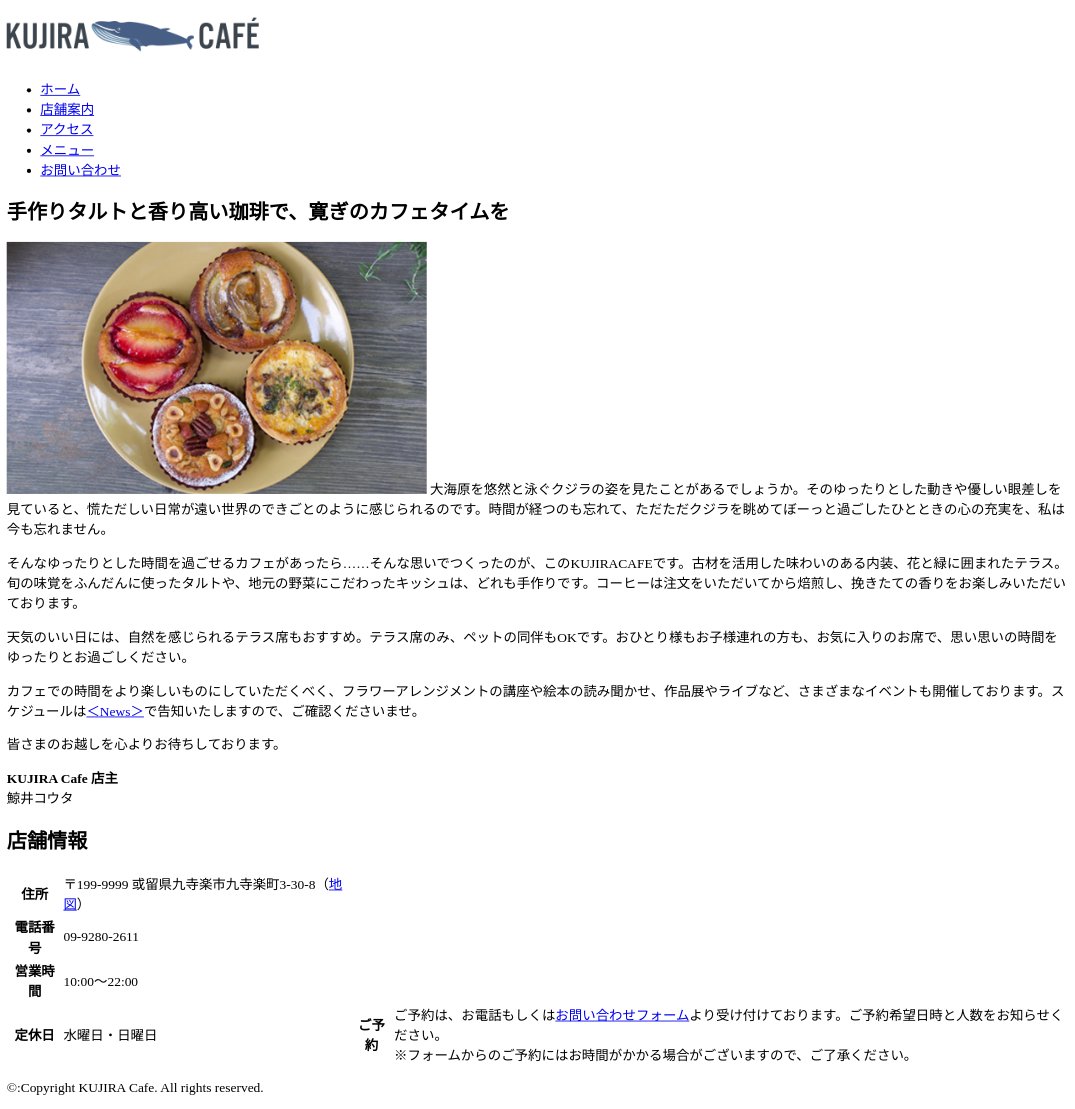
Repository: U-dias/work3
Page: cafe/about.html
The author's editor kept a record of every edit. The page is drawn from the files as they stood at one moment, then again after the next edit.
The browser window is 1280 px wide. The pictures show the whole page, at 84% of full size.

Above is the page before.

### cafe/about.html
<!doctype html>
<html>
  <head>
  <meta charset="utf-8">
  <title>KUJIRA Cafeについて | KUJIRA Cafe</title>
  </head>
  <body>
    <div class="wrapper">
      <!--ヘッダー-->
        <header class="hearder">
          <h1 class="logo"> <a href="index.html"><img src="images/logo.png" alt="KUJIRA Cafe"></a></h1>
          <nav class="nav">
              <ul>
                <li><a href="index.html">ホーム</a></li>
                <li><a href="about.html">店舗案内</a></li>
                <li><a href="access,html">アクセス</a></li>
                <li><a href="menu.html">メニュー</a></li>
                <li><a href="contact.html">お問い合わせ</a></li>

              </ul>
          </nav>
        </header>
        <!--ヘッダーここまで-->
        <!--メイン-->

        <main>
          <h2>手作りタルトと香り高い珈琲で、寛ぎのカフェタイムを</h2>
          <p><img src="images/about-photo.jpg" alt="タルトの写真">
          大海原を悠然と泳ぐクジラの姿を見たことがあるでしょうか。そのゆったりとした動きや優しい眼差しを見ていると、慌ただしい日常が遠い世界のできごとのように感じられるのです。時間が経つのも忘れて、ただただクジラを眺めてぼーっと過ごしたひとときの心の充実を、私は今も忘れません。</p>
          <p>
            そんなゆったりとした時間を過ごせるカフェがあったら……そんな思いでつくったのが、このKUJIRACAFEです。古材を活用した味わいのある内装、花と緑に囲まれたテラス。旬の味覚をふんだんに使ったタルトや、地元の野菜にこだわったキッシュは、どれも手作りです。コーヒーは注文をいただいてから焙煎し、挽きたての香りをお楽しみいただいております。</p>
          <p>天気のいい日には、自然を感じられるテラス席もおすすめ。テラス席のみ、ペットの同伴もOKです。おひとり様もお子様連れの方も、お気に入りのお席で、思い思いの時間をゆったりとお過ごしください。</p>
          <p>カフェでの時間をより楽しいものにしていただくべく、フラワーアレンジメントの講座や絵本の読み聞かせ、作品展やライブなど、さまざまなイベントも開催しております。スケジュールは<a href="index.html#news">＜News＞</a>で告知いたしますので、ご確認くださいませ。</p>
          <p>皆さまのお越しを心よりお待ちしております。</p>

          <p><strong>KUJIRA Cafe 店主</strong><br>
          鯨井コウタ</p>


          <h2>店舗情報</h2>
          <table>
            <tr>
              <th>住所</th>
              <td>〒199-9999 或留県九寺楽市九寺楽町3-30-8（<a href="access.html">地図</a>）</td>

            </tr>
            <tr>
            <th>電話番号</th>
            <td>09-9280-2611</td></tr>

            <tr>
            <th>営業時間</th>
            <td>10:00～22:00</td></tr>

            <tr>
            <th>定休日</th>
            <td>水曜日・日曜日</td>

            <th>ご予約</th>
            <td>ご予約は、お電話もしくは<a href="contact.html">お問い合わせフォーム</a>より受け付けております。ご予約希望日時と人数をお知らせください。<br>
            ※フォームからのご予約にはお時間がかかる場合がございますので、ご了承ください。</td>
            </tr>

          </table>

      </main>
      <!--メインここまで-->
      <!--フッター-->
      <footer class="footer">
        <p>&copy:Copyright KUJIRA Cafe. All rights reserved.</p>
      </footer>
      <!--フッターここまで-->
</div>
  </p>
  </body>
</html>

After the next edit:
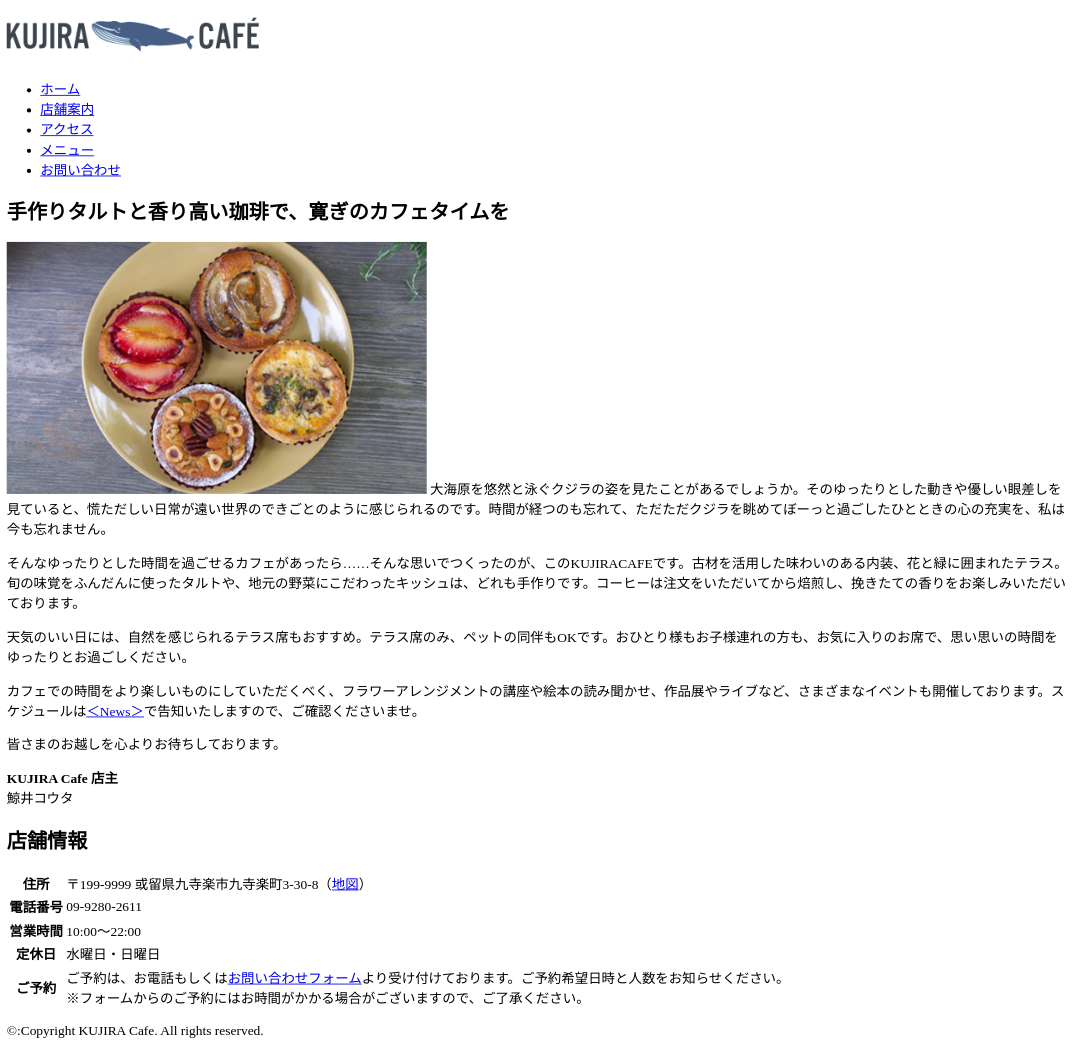
The edit:
--- a/cafe/about.html
+++ b/cafe/about.html
@@ -54,7 +54,7 @@
 
             <tr>
             <th>定休日</th>
-            <td>水曜日・日曜日</td>
+            <td>水曜日・日曜日</td></tr>
 
             <th>ご予約</th>
             <td>ご予約は、お電話もしくは<a href="contact.html">お問い合わせフォーム</a>より受け付けております。ご予約希望日時と人数をお知らせください。<br>
